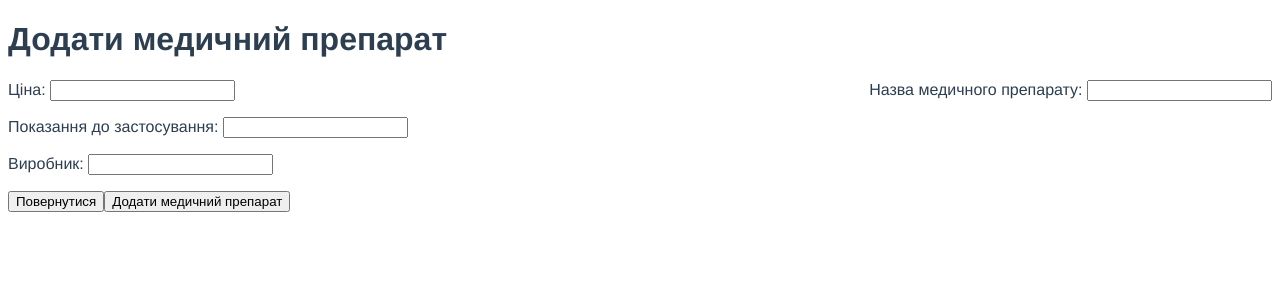
Repository: kristinap8/pharmacy
Page: /add_medicine
An editor plug-in stored every save of this project. The page is shown before and after the next save, followed by the edit.
The browser window is 1280 px wide. The pictures show the whole page.
The project was rebuilt for these pictures with package versions that can differ from the ones it lists, and the page was loaded fresh each time. Also part of the build but not shown: src/components/EditMedicineForm/index.vue, src/pages/EditMedicine/index.vue, src/components/MedicinesList/MedicineCard/index.vue, src/components/MedicinesList/index.vue, src/pages/AllMedicines/index.vue, src/components/CartForm/index.vue, src/pages/Cart/index.vue.

Above is the page before, as saved 2020-12-09 23:17:24.

### src/main.js
import Vue from 'vue'
import App from './App.vue'
import router from "./router"
import store from "./store"

Vue.config.productionTip = false

new Vue({
  store,
  router,
  render: h => h(App),
}).$mount('#app')

### src/App.vue
<template>
  <div id="app">
    <router-view/>
  </div>
</template>

<script>
export default {
  name: "App",
  components: {},
};
</script>

<style>
#app {
  font-family: Avenir, Helvetica, Arial, sans-serif;
  -webkit-font-smoothing: antialiased;
  -moz-osx-font-smoothing: grayscale;
  color: #2c3e50;
}
</style>

### src/router.js
import Vue from "vue";
import VueRouter from "vue-router";
import AddMedicine from "@/pages/AddMedicine";
import EditMedicine from "@/pages/EditMedicine";
import AllMedicines from "@/pages/AllMedicines";
import Cart from "@/pages/Cart";

Vue.use(VueRouter);

const routes=[
    {
        path:'/',
        name:'all-medicines',
        component:AllMedicines
    },
    {
        path:'/edit_medicine/:medicine_id',
        name:'edit-medicine',
        component:EditMedicine
    },
    {
        path:'/add_medicine',
        name:'add-medicine',
        component:AddMedicine
    },
    {
        path:'/cart',
        name:'cart',
        component:Cart
    },

]

const router=new VueRouter({
    mode:"history",
    routes
});

export default router;

### src/store/index.js
import Vue from "vue";
import Vuex from "vuex";
import { v4 as uuid_v4 } from 'uuid'

Vue.use(Vuex)
const store=new Vuex.Store({
    state:{
      medicinesList:[
          {
              id:1,
              name:'Но-шпа',
              price:60.48,
              requirements:"Спазми гладкої мускулатури, пов'язані з захворюваннями біліарного тракту: холецистолітіаз, холангіолітіаз, холецистит, перихолецистит, холангіт, папіліт. Спазми гладкої мускулатури при захворюваннях сечового тракту: нефролітіаз, уретролітіаз, пієліт, цистит, тенезми сечового міхура.",
              maker:"Chinoin (Угорщина)"

          },
          {
            id:2,
            name:"Діазолін",
            price:19.19,
            requirements:"Профілактика і лікування сезонного та алергічного риніту, полінозу, кропив'янки, харчової та медикаментозної алергії, дерматозів, що супроводжуються свербежем шкіри (екзема, нейродерміт).",
            maker:"Фармак ОАО (Україна, Київ)"

        },
        {
            id:3,
            name:"Амоксил",
            price:81.77,
            requirements:"Інфекції органів дихання, сечостатевої системи, травного тракту (у тому числі у комбінації з метронідазолом або кларитроміцином застосовують для лікування захворювань, асоційованих із Helicobacter pylori), шкіри та м’яких тканин, спричинені чутливими до лікарського засобу мікроорганізмами.",
            maker:"Киевмедпрепарат ОАО (Україна, Київ)"

        }
      ],
      cart:[],
      cartItemsCount:0
    },
    mutations:{
        addMedicine(state, data) {
            state.medicinesList.push({
             id: uuid_v4(),
             ...data,
           })
         },
         deleteMedicine(state,id){
             let medicines=state.medicinesList.filter(medicine=>medicine.id!=id)
             state.medicinesList=medicines;
         },
         editMedicine(state,medicine){
             state.medicinesList.forEach(m=>{
                 if(m.id==medicine.id){
                     m=medicine;
                 }
             } )
         },
         addToCart(state,medicine){
            let isMedicineExists=state.cart.find(m => m.id == medicine.id);

            if (isMedicineExists) {
                isMedicineExists.quantity ++;
                isMedicineExists.totalPrice = (isMedicineExists.quantity * isMedicineExists.price).toFixed(2);
            } else {
                state.cart.push(medicine);

                Vue.set(medicine, 'quantity', 1);
                Vue.set(medicine, 'totalPrice', medicine.price);
            }
             state.cartItemsCount++
         },
         deleteItemFromCart(state,medicine){
            let index = state.cart.indexOf(medicine);
            if (index > -1) {
                let item= state.cart[index];
                state.cartItemsCount -= item.quantity;
                state.cart.splice(index, 1);
            }
         }
    },
    actions:{
        addMedicine({ commit }, medicine) {
            commit('addMedicine', medicine)
         },
          deleteMedicine({commit},id){
              commit('deleteMedicine',id)
          },
          editMedicine({commit},medicine){
              commit('editMedicine',medicine)
          },
          addToCart({commit},medicine){
              commit('addToCart',medicine)
          },
          deleteItemFromCart({commit},medicine){
              commit("deleteItemFromCart",medicine)
          }

    },
    getters:{
        getMedicines:(state)=> state.medicinesList,
        getMedicineById:(state)=>(id)=>{return state.medicinesList.find(m=>m.id===id)},
        getMedicinesInCart:(state)=>state.cart,
     },
    modules:{

    }
})

export default store

### src/pages/AddMedicine/index.vue
<template>
    <div>
       <add-medicine-form/>
    </div>
</template>

<script>
import AddMedicineForm from "../../components/AddMedicineForm"
    export default {
        name:"AddMedicine",
        components: {
            AddMedicineForm,
        },
    }
</script>

<style lang="scss" scoped>

</style>

### src/components/AddMedicineForm/index.vue
<template>
    <div>
        <h1>Додати медичний препарат</h1>
      <p>
    <label class="form">
        Назва медичного препарату:
        <input type="text" v-model="name"/>
    </label>
    </p>
    <p>
    <label>
        Ціна:
        <input type="number" v-model="price"/>
    </label>
    </p>
    <p>
    <label>
        Показання до застосування:
        <input type="text" v-model="requirements"/>
    </label>
    </p>
    <p>
    <label>
        Виробник:
        <input type="text" v-model="maker"/>
    </label>
    </p>
    <p>
    <router-link to="/" tag="button" >Повернутися</router-link>
    <button @click="onAddMedicine" >
        Додати медичний препарат
    </button>
    </p>
    </div>
</template>

<script>
import { mapActions } from 'vuex'

    export default {
        name:"AddMedicineForm",
        data() {
            return {
            name: null,
            price: null,
            requirements: null,
            maker: null,
            }
        },
        methods: {
            ...mapActions(['addMedicine']),
            onAddMedicine() {
                const{name,price,requirements,maker}=this
                this.addMedicine({
                    name,
                    price,
                    requirements,
                    maker
                })
                this.$router.push('/')
            }
        },
    }
</script>

<style lang="scss" scoped>
.form{
    float:right
}
</style>

Loaded but not shown: public/index.html (common file)

After the next save:
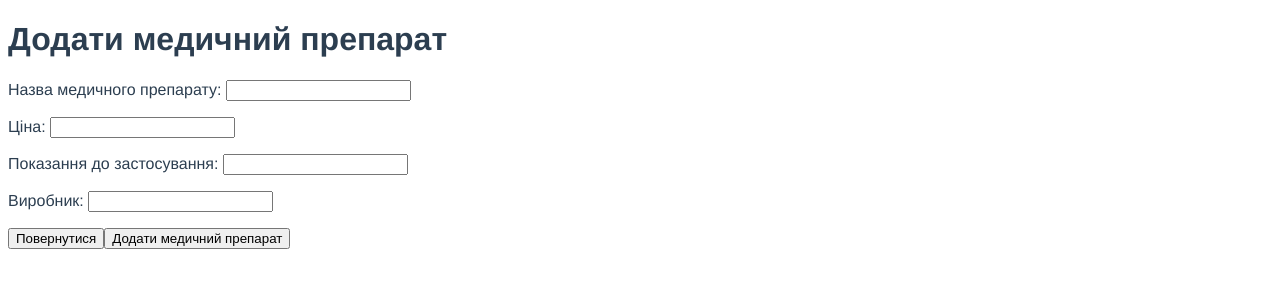
Saved 100 s later.
--- a/src/components/AddMedicineForm/index.vue
+++ b/src/components/AddMedicineForm/index.vue
@@ -1,5 +1,5 @@
 <template>
-    <div>
+    <div class="form">
         <h1>Додати медичний препарат</h1>
       <p>
     <label class="form">
@@ -65,6 +65,6 @@ import { mapActions } from 'vuex'
 
 <style lang="scss" scoped>
 .form{
-    float:right
+    justify-content: flex-end
 }
 </style>
